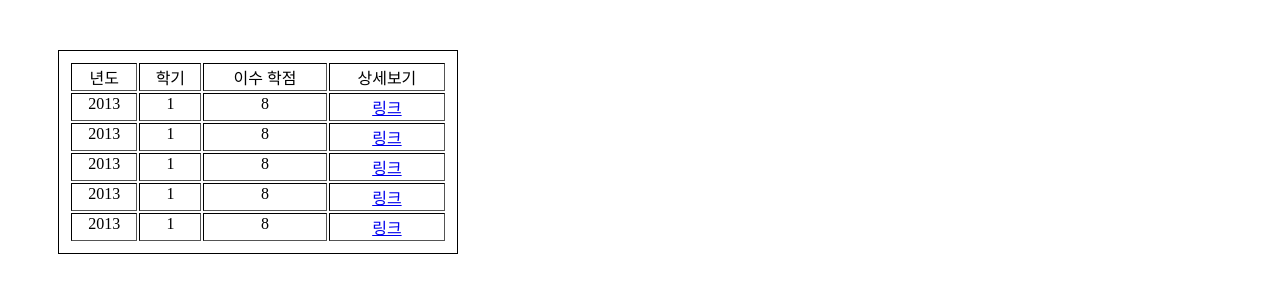
Repository: BinSin/webhomework
Page: http://localhost/homework/WEB-INF/views/gradecheck.jsp
An editor plug-in stored every save of this project. The page is shown before and after the next save, followed by the edit.
The browser window is 1280 px wide. The pictures show the whole page.
The page is served by Tomcat 9. Nobody is signed in. Other server files are loaded and not shown. The template is opened directly, without the code that normally fills it, so the values that code supplies are empty.

Above is the page before, as saved 2017-12-03 11:51:49.

### homework/src/main/webapp/WEB-INF/views/gradecheck.jsp
<%@ page language="java" contentType="text/html; charset=UTF-8"
	pageEncoding="UTF-8"%>
<%@ taglib prefix="c" uri="http://java.sun.com/jsp/jstl/core"%>

<!DOCTYPE html PUBLIC "-//W3C//DTD HTML 4.01 Transitional//EN" "http://www.w3.org/TR/html4/loose.dtd">
<html>
<head>
<meta http-equiv="Content-Type" content="text/html; charset=UTF-8">
<title>Insert title here</title>
<link rel="stylesheet" type="text/css"
	href="${pageContext.request.contextPath}/resources/css/main.css">
</head>
<body>

	<table class="formtable" border="1">
		<tr>
			<td class="label">년도</td>
			<td class="label">학기</td>
			<td class="label">이수 학점</td>
			<td class="label">상세보기</td>
		</tr>
		<tr>
			<td class="label">2013</td>
			<td class="label">1</td>
			<td class="label">8</td>
			<td class="label"><a
				href="${pageContext.request.contextPath}/detail"> 링크 </a></td>
		</tr>
				<tr>
			<td class="label">2013</td>
			<td class="label">1</td>
			<td class="label">8</td>
			<td class="label"><a
				href="${pageContext.request.contextPath}/detail"> 링크 </a></td>
		</tr>
				<tr>
			<td class="label">2013</td>
			<td class="label">1</td>
			<td class="label">8</td>
			<td class="label"><a
				href="${pageContext.request.contextPath}/detail"> 링크 </a></td>
		</tr>
				<tr>
			<td class="label">2013</td>
			<td class="label">1</td>
			<td class="label">8</td>
			<td class="label"><a
				href="${pageContext.request.contextPath}/detail"> 링크 </a></td>
		</tr>
				<tr>
			<td class="label">2013</td>
			<td class="label">1</td>
			<td class="label">8</td>
			<td class="label"><a
				href="${pageContext.request.contextPath}/detail"> 링크 </a></td>
		</tr>
	</table>

</body>
</html>

### homework/src/main/webapp/resources/css/main.css
@charset "UTF-8";

.formtable {
	width: 400px;
	/* 선 1px 색깔은 파랑 */
	border: 1px solid black;
	/* 아래로 50씩 떨어짐  */
	margin: 50px;
	/* 오른쪽으로 10px 떨어짐 */
	padding: 10px;
}

.label {
	/* 오른쪽 정렬 */
	text-align: center;
	/* 위로 정렬 */
	vertical-align: top;
}

.control {
	margin-left: 10px;
}

.error {
	font-size: small;
	color: red;
	margin-left: 10px;
}

/* 모든 textarea에 적용 */
textarea {
	width: 300px;
	height: 100px;
}

/* input type이 text인 것에 적용 */
input[type=text] {
	width: 100px;
	border-width: 1px;
	padding: 2px
}

input[type=submit] {
	display: block;
	width: 30%;
	margin: 0 auto;
}

/* 마우스 갖다 대면 색깔 변함 */
input[type=submit]:hover {
	background-color: #45a049;
}

After the next save:
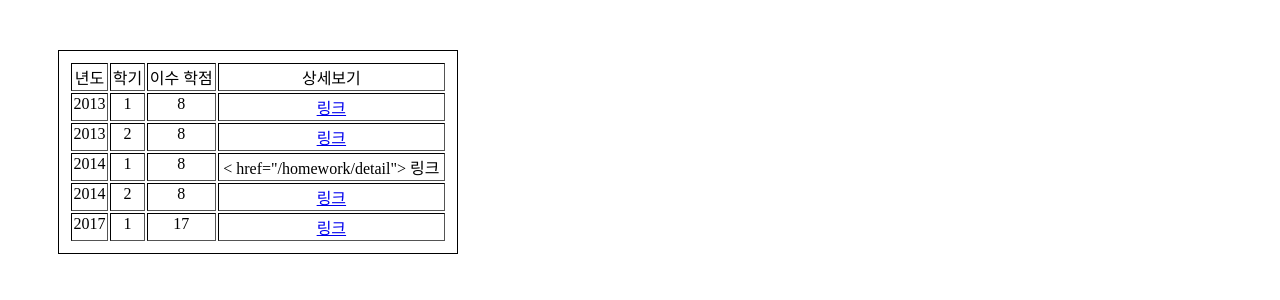
Saved 30 s later.
--- a/homework/src/main/webapp/WEB-INF/views/gradecheck.jsp
+++ b/homework/src/main/webapp/WEB-INF/views/gradecheck.jsp
@@ -28,29 +28,29 @@
 		</tr>
 				<tr>
 			<td class="label">2013</td>
-			<td class="label">1</td>
+			<td class="label">2</td>
 			<td class="label">8</td>
 			<td class="label"><a
 				href="${pageContext.request.contextPath}/detail"> 링크 </a></td>
 		</tr>
 				<tr>
-			<td class="label">2013</td>
+			<td class="label">2014</td>
 			<td class="label">1</td>
+			<td class="label">8</td>
+			<td class="label"><
+				href="${pageContext.request.contextPath}/detail"> 링크 </a></td>
+		</tr>
+				<tr>
+			<td class="label">2014</td>
+			<td class="label">2</td>
 			<td class="label">8</td>
 			<td class="label"><a
 				href="${pageContext.request.contextPath}/detail"> 링크 </a></td>
 		</tr>
 				<tr>
-			<td class="label">2013</td>
+			<td class="label">2017</td>
 			<td class="label">1</td>
-			<td class="label">8</td>
-			<td class="label"><a
-				href="${pageContext.request.contextPath}/detail"> 링크 </a></td>
-		</tr>
-				<tr>
-			<td class="label">2013</td>
-			<td class="label">1</td>
-			<td class="label">8</td>
+			<td class="label">17</td>
 			<td class="label"><a
 				href="${pageContext.request.contextPath}/detail"> 링크 </a></td>
 		</tr>

After the save that followed:
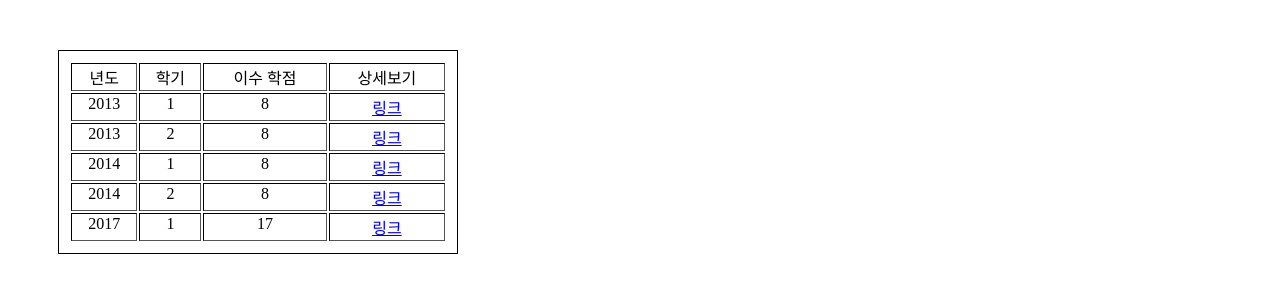
Saved 14 s later.
--- a/homework/src/main/webapp/WEB-INF/views/gradecheck.jsp
+++ b/homework/src/main/webapp/WEB-INF/views/gradecheck.jsp
@@ -37,7 +37,7 @@
 			<td class="label">2014</td>
 			<td class="label">1</td>
 			<td class="label">8</td>
-			<td class="label"><
+			<td class="label"><a
 				href="${pageContext.request.contextPath}/detail"> 링크 </a></td>
 		</tr>
 				<tr>
